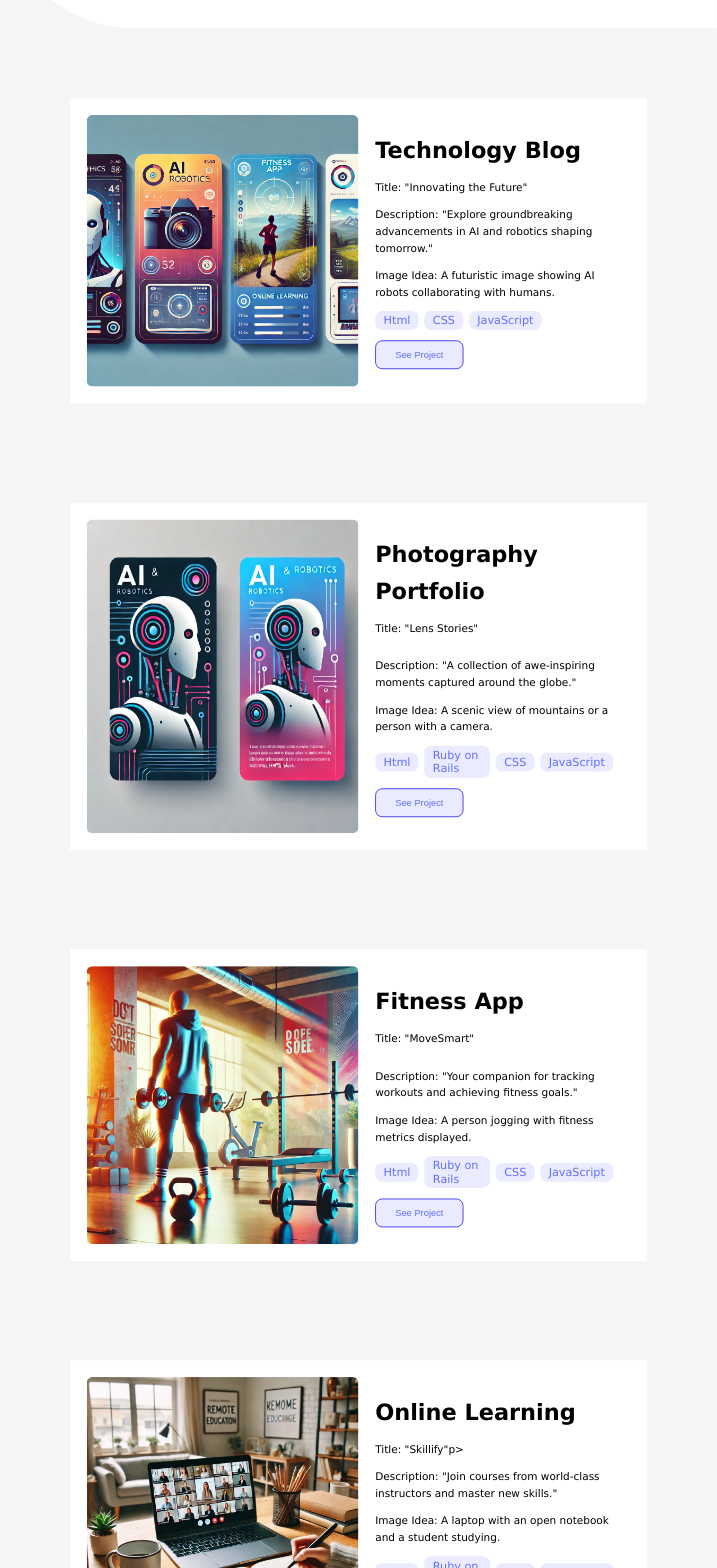
Repository: usman3123/portfolio-template-3
Page: portfolio.html
The author's editor kept a copy of each file at every save. The page is drawn from the files as they stood at one save, then again after the next save.
The browser window is 1024 px wide. The pictures show the part of the page from y = 806 to 3046 px (the page is 3285 px tall before and 3217 px after), at 70% of full size.
Some web libraries are served in a nearby version.

Above is the page before, as saved 2025-01-25 13:46:18.

### portfolio.html
<!DOCTYPE html>
<html lang="en">
<head>
  <meta charset="UTF-8">
  <meta name="viewport" content="width=device-width, initial-scale=1.0">
  <title>project 2</title>
  <link rel="stylesheet" href="style.css">
  <link href='https://unpkg.com/boxicons@2.1.4/css/boxicons.min.css' rel='stylesheet'>
  <link rel="stylesheet" href="https://cdnjs.cloudflare.com/ajax/libs/font-awesome/6.6.0/css/all.min.css" integrity="sha512-Kc323vGBEqzTmouAECnVceyQqyqdsSiqLQISBL29aUW4U/M7pSPA/gEUZQqv1cwx4OnYxTxve5UMg5GT6L4JJg==" crossorigin="anonymous" referrerpolicy="no-referrer" />
  <link rel="stylesheet" href="https://cdnjs.cloudflare.com/ajax/libs/font-awesome/6.6.0/css/all.min.css" integrity="sha512-Kc323vGBEqzTmouAECnVceyQqyqdsSiqLQISBL29aUW4U/M7pSPA/gEUZQqv1cwx4OnYxTxve5UMg5GT6L4JJg==" crossorigin="anonymous" referrerpolicy="no-referrer" />

  <link rel="stylesheet" href="https://cdnjs.cloudflare.com/ajax/libs/font-awesome/6.7.2/css/all.min.css">
  <link rel="preconnect" href="https://fonts.googleapis.com">
<link rel="preconnect" href="https://fonts.gstatic.com" crossorigin>
<link href="https://fonts.googleapis.com/css2?family=Poppins:ital,wght@0,100;0,200;0,300;0,400;0,500;0,600;0,700;0,800;0,900;1,100;1,200;1,300;1,400;1,500;1,600;1,700;1,800;1,900&display=swap" rel="stylesheet">
</head>

<body>
<section class="webpage">
  <!-- Navbar -->

 <div class="hero-page">
  <div class="header-div">
    <nav class="nav-bar flex">
        <h4 class="nav-heading">My Logo</h4>
        <div class="nav-links flex">
            <a href="#myportfolio" class="link">Portfolo</a>
            <a href="myabout" class="link">About</a>
            <a href="mycontact" class="link" >Contact</a>
        </div>
        <i class="fa-solid fa-light fa-bars fa-xl " id="nav-icon"></i>
    </nav>
</div>

  <!-- Main Content -->
  <section id="myportfolio" class="hero-section flex">
    <div class="hero-content flex">
        <h1 class="hero-head"> I'm USMAN!
          Glad to see you.
      </h1>
      <p class="hero-p">
         I'm a software developer! I can help you build a product , feature or website Look through  some of my work and experience! If you like what you see and have a project you need coded, don’t hesitate to contact me.
      </p>
     <p class="let-connect"> LET'S CONNECT</p>

      <div class="icons flex">
          <img src="/assets/twitter.png" class="media-icon">
          <img src="assets/Linkedin.png" class="media-icon">
          <img src="assets/M.png" class="media-icon">
          <img src="assets/Github.png" class="media-icon">
          <img src="assets/V.png" class="media-icon">
      </div>
    </div>
  </section>

 </div>
  <!-- Cards Section -->

  <section class="cards flex">
    <div class="card flex">
      <img class="card-img" src="/assets/card-1img.webp" alt="CARD_!_IMG">
      <div class="card-content flex">
        <h2>Technology Blog</h2>
        <p class="content-p">Title: "Innovating the Future"</p>
        <p class="content-p">Description: "Explore groundbreaking advancements in AI and robotics shaping tomorrow."</p>
        <p class="content-p">Image Idea: A futuristic image showing AI robots collaborating with humans.</p>
        <div class="languages flex">
          <p class="lang">Html</p>
          <p class="lang">CSS</p>
          <p class="lang">JavaScript</p>
        </div>
        <button class="content-btn">See Project</button>
      </div>
    </div>
    <div class="card flex">
      <img class="card-img" src="/assets/card-2img.webp" alt="CARD_!_IMG">
      <div class="card-content flex">
        <h2>Photography Portfolio</h2>
        <p class="content-p">Title: "Lens Stories"<p>
        <p class="content-p">Description: "A collection of awe-inspiring moments captured around the globe."</p>
        <p class="content-p">Image Idea: A scenic view of mountains or a person with a camera.
        </p>
        <div class="languages flex">
          <p class="lang">Html</p>
          <p class="lang">Ruby on Rails</p>
          <p class="lang">CSS</p>
          <p class="lang">JavaScript</p>
        </div>
        <button class="content-btn">See Project</button>
      </div>
    </div>
    <div class="card flex">
      <img class="card-img" src="/assets/card-3img.webp" alt="CARD_!_IMG">
      <div class="card-content flex">
        <h2>Fitness App</h2>
        <p class="content-p">Title: "MoveSmart"<p>
        <p class="content-p">Description: "Your companion for tracking workouts and achieving fitness goals."</p>
        <p class="content-p">Image Idea: A person jogging with fitness metrics displayed.</p>
        <div class="languages flex">
          <p class="lang">Html</p>
          <p class="lang">Ruby on Rails</p>
          <p class="lang">CSS</p>
          <p class="lang">JavaScript</p>
        </div>
        <button class="content-btn">See Project</button>
      </div>
    </div>
    <div class="card flex">
      <img class="card-img" src="/assets/card-4img.webp" alt="CARD_!_IMG">
      <div class="card-content flex">
        <h2>Online Learning</h2>
        <p class="content-p">Title: "Skillify"p>
        <p class="content-p">Description: "Join courses from world-class instructors and master new skills."</p>
        <p class="content-p">Image Idea: A laptop with an open notebook and a student studying.</p>
        <div class="languages flex">
          <p class="lang">Html</p>
          <p class="lang">Ruby on Rails</p>
          <p class="lang">CSS</p>
          <p class="lang">JavaScript</p>
        </div>
        <button class="content-btn">See Project</button>
      </div>
    </div>
  </section>


   <!-- ABOUT MYSELF -->

  <!-- <section id="myabout" class="about flex">

    <div class="about-intro flex">
      <h1 style="font-size: 40px;">About Myself</h1>
      <p class="about-paragraph">Hello I'm a software developer! I can help you build a product , feature or website Look through some of my work and experience! If you like what you see and have a project you need coded, don't hesitate to contact me.</p>
        <p class="let-connect">Let's Connect</p>
        <div class="icons flex icon-gap">
          <img src="assets/twitter.png" class="twitter">
          <img src="assets/Linkedin.png" class="inimage">
          <img src="assets/M.png" class="mimage">
          <img src="assets/Github.png" class="tomimage">
          <img src="assets/V.png" class="protocol">
      </div>
      <button class="button rsm-btn"> Get my resume</button>
    </div>

    <div class="about-skills flex">
      <div class="about-all flex">
        <p>Languages</p>
        <i class='bx bx-chevron-down'></i>
      </div>
      <div class="about-lang flex">
        <div class="about-lang-img flex">
          <i class="fa-brands fa-js" style="color: #ff0000;"></i>
          <p>JavaScript</p>
        </div>
        <div class="about-lang-img flex">
          <i class="fa-brands fa-html5" style="color: #FFD43B;"></i>
          <p>Html</p>

        </div>
        <div class="about-lang-img flex">
          <i class="fa-brands fa-css3-alt" style="color: #74C0FC;"></i>
          <p>css</p>
        </div>
      </div>
      <div class="about-all flex">
        <p> Frameworks</p>
        <i class='bx bx-chevron-right'></i>
      </div>
      <div class="about-all flex">
        <p>Skills</p>
        <i class='bx bx-chevron-right'></i>
        </div>
        </div>
        <div class="contact-section flex">
            <h4 class="contact-paragraph">I'm always interested in hearing about new projects, so if you'd like to chat please get in touch.</h4>
            <form action="submit-form" class="contact-form flex">
                <div class="names flex">
                    <input type="text" placeholder="Full name" class="first-name">
                    <input type="text" placeholder="last name" class="last-name">
      </div>
        <div class="contact-section flex">
            <h4 class="contact-paragraph">I'm always interested in hearing about new projects, so if you'd like to chat please get in touch.</h4>
            <form action="submit-form" class="contact-form flex">
                <div class="names flex">
                    <input type="text" placeholder="Full name" class="first-name">
                    <input type="text" placeholder="last name" class="last-name">
    </div>
  </section> -->

  <!-- Contact section -->

  <!-- <section id="mycontact" class="contact-section">
    <h1 class="contact-heading">Contact Me</h1>
    <p class="contact-description">
        If you have an application you are interested in developing, a feature that you need built, or a project that needs coding, I'd love to help with it!
    </p>
    <form class="contact-form">
        <input class="form-input" type="text" placeholder="Your Name">
        <input class="form-input" type="email" placeholder="Your Email">
        <textarea class="form-message" placeholder="Write your message here..."></textarea>
        <button class="form-button">Get in Touch</button>
    </form>

</section>

</main> -->
</section>

<script src="index.js"></script>
</body>
</html>

### style.css
*{
    margin: 0;
    padding: 0;
    box-sizing: border-box;
}

body {
    font-family: Verdana, Geneva, Tahoma, sans-serif;
    background-color: #f4f5f7;
}

.flex {
    display: flex;
}

/* nav-bar */

.header-div {
    background-color: #3c3a39;
    width: 100%;
}

.nav-bar {
    justify-content: space-between;
    color: white;
    max-width: 1204px;
    align-items: center;
    padding: 10px 24px;
}

.nav-heading {
    font-size: 30px;
}

.nav-links {
    gap: 40px;
    align-items: center;
    font-size: 25px;
    display: none;
}
.nav-icon {
    display: flex;
    width: 24px;
}


/* hero-section */

.hero-page {
    background-color: white;
    border-bottom-left-radius: 190px;
    background-image: url(/assets/Header\ bg@2x.png);
    background-size: contain;
    max-height: 846px;
    background-position: center;
    background-repeat: no-repeat;
    max-width: 1440px;
}
.hero-section {
    height: 846px;
    align-items: center;
    justify-content: center;
    padding-left: 20%;
}
.hero-content {
    flex-direction: column;
    gap: 20px;
}
.hero-head {
    font-size: 48px;
    font-weight: 700;
    width: 35%;
}

.hero-p {
    font-size: 25px;
    line-height: 28px;
    color: #344563;

    width: 73%;
}

.let-connect {
    color: #1d32f7;
    font-size: 20px;
    font-weight: 500;
    line-height: 24px;
}

.media-icon {
    height: 35px;
}

.icons {
    gap: 10px;
}

.nav-head {
    max-width: 1440px;
    width: 100%;
}
.enable {
    color: blue;
}
.link {
    color: white;
    text-decoration: none;
}

/* card-section */

.cards {
    flex-direction: column;
    align-items: center;
    gap:142px;
    padding: 100px;
}
.card {
    background-color: white;
    max-width: 1156px;
    max-height: 496px;
    width: 100%;
    padding: 24px;
}
.card-img {
    max-width: 544px;
    width: 50%;
    border-radius:8px ;
}

.card-content {
    padding: 24px;
    flex-direction: column;
    gap: 24px;
}

.card-content > h2 {
    font-size: 40px;
    font-weight: 700;
    line-height: 52px;
}
.content-p {
    font-size: 20px;
    font-weight: 400;
    line-height: 24px;
}

.languages {
    gap: 8px;
    align-items: center;
}

.lang {
    padding: 4px 12px;
    color: #6070ff;
    background-color: #ebebff;
    border-radius: 10px;
}

.content-btn {
    max-width: 126px;
    width: 100%;
    padding: 4px 12px;
    color: #6070ff;
    background-color: #ebebff;
    border-radius: 10px;
    padding: 12px;
    border: 1px solid blue;
}

@media (max-width : 1100px) {
    .hero-head {
        width: 53%;
    }
    .card-content > h2 {
        font-size: 2rem;
    }
    .content-p {
        font-size: 15px;
    }
    .card-content {
        gap: 15px;
    }

}
@media (max-width : 500px) {
    .hero-head {
        width: 100%;
    }
    .hero-section {
        padding: 24px;
    }
    .hero-p {
        width: 100%;
    }
}
@media (min-width : 700px) {
    .nav-links {
        display: flex;
    }
    #nav-icon {
        display: none;
    }
}
@media (min-width : 1441px) {
    .card-content {
        gap: 8px;
    }
}

Loaded but not shown: index.js (no copy from this time; the picture is the same without it)

After the next save:
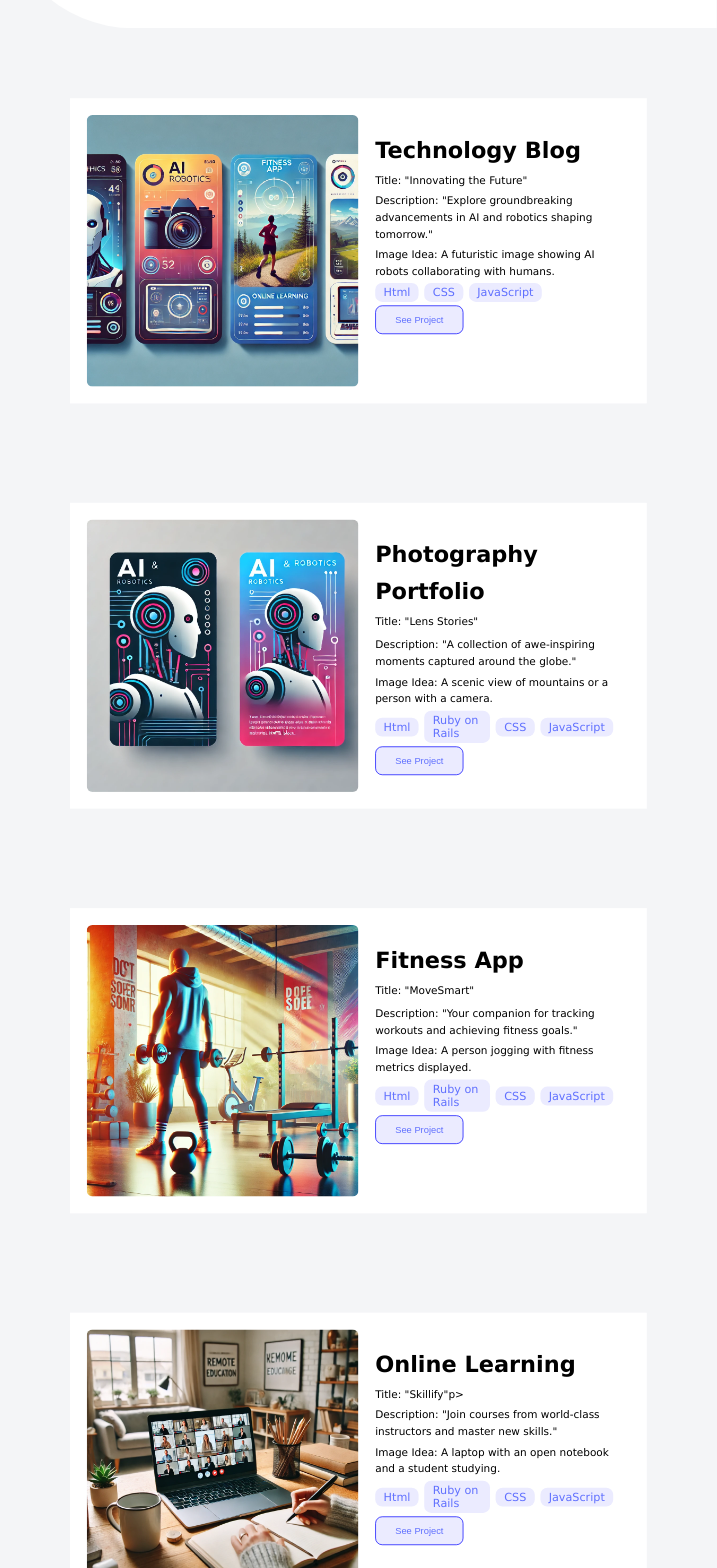
Saved 40 s later.
--- a/style.css
+++ b/style.css
@@ -179,7 +179,7 @@ body {
         font-size: 15px;
     }
     .card-content {
-        gap: 15px;
+        gap: 5px;
     }
 
 }
